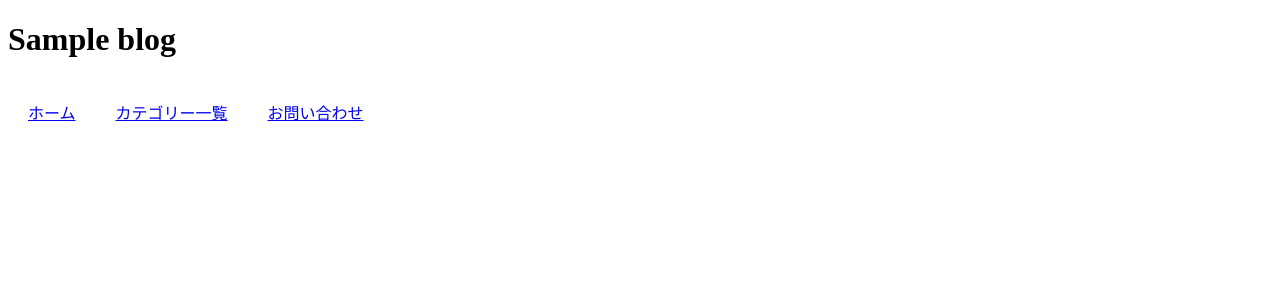
Repository: rin-cloud/homework
Page: html/sample blog/index.html
The author's editor kept a record of every edit. The page is drawn from the files as they stood at one moment, then again after the next edit.
The browser window is 1280 px wide. The pictures show the whole page.

Above is the page before.

### html/sample blog/index.html
<!doctype html>
<html>
    <head>
      <meta charset="utf-8">
      <title>Sample blog</title>
      <link rel="stylesheet" href="style.css">
    </head>
    <body>
      <header>
          <div class="container">
            <div class="header-title-area">
              <h1 class="logo">Sample blog</h1>
            </div>
          </div>
              <ul class="header-navigation">
              <li><a href="#">ホーム</a></li>
              <li><a href="#">カテゴリー一覧</a></li>
              <li><a href="#">お問い合わせ</a></li>
              </ul>
      </header>
    </body>
</html>

### html/sample blog/style.css
.header-navigation {
    width:100%;
    background-color: #fff;
    padding: 20px 0;
}
.header-navigation li {
    float: left;
    padding: 0 20px;
    text-align: center;
    list-style-type: none;
}

After the next edit:
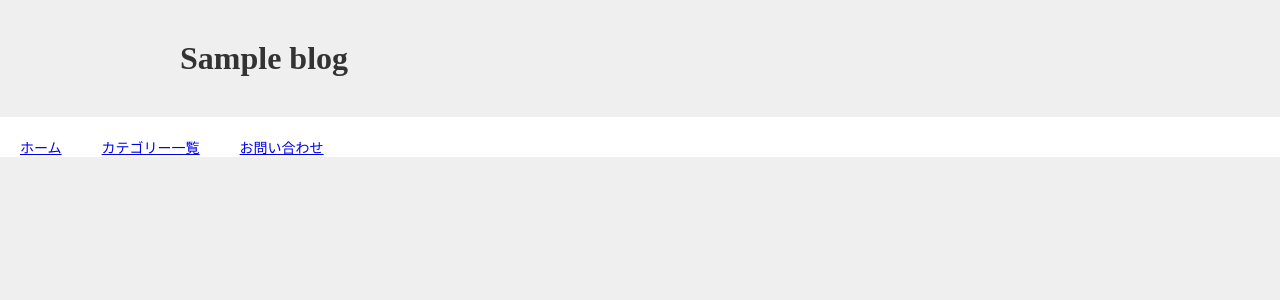
The edit:
--- a/html/sample blog/style.css
+++ b/html/sample blog/style.css
@@ -1,3 +1,31 @@
+body {
+  background-color: #efefef;
+  font-size: 14px;
+  color: #333;
+  margin: 0;
+}
+
+h1,h2,h3,h4,h5 {
+  margin: 0 0 10px 0;
+  padding: 0;
+}
+header {
+  margin-top: 20px;
+}
+
+.container {
+  width: 920px;
+  margin: 0 auto 40px auto;
+}
+
+.header-title-area {
+  margin-top: 40px;
+  margin-bottom: 30px;
+}
+
+.logo {
+  font-size: 32px;
+}
 .header-navigation {
     width:100%;
     background-color: #fff;
